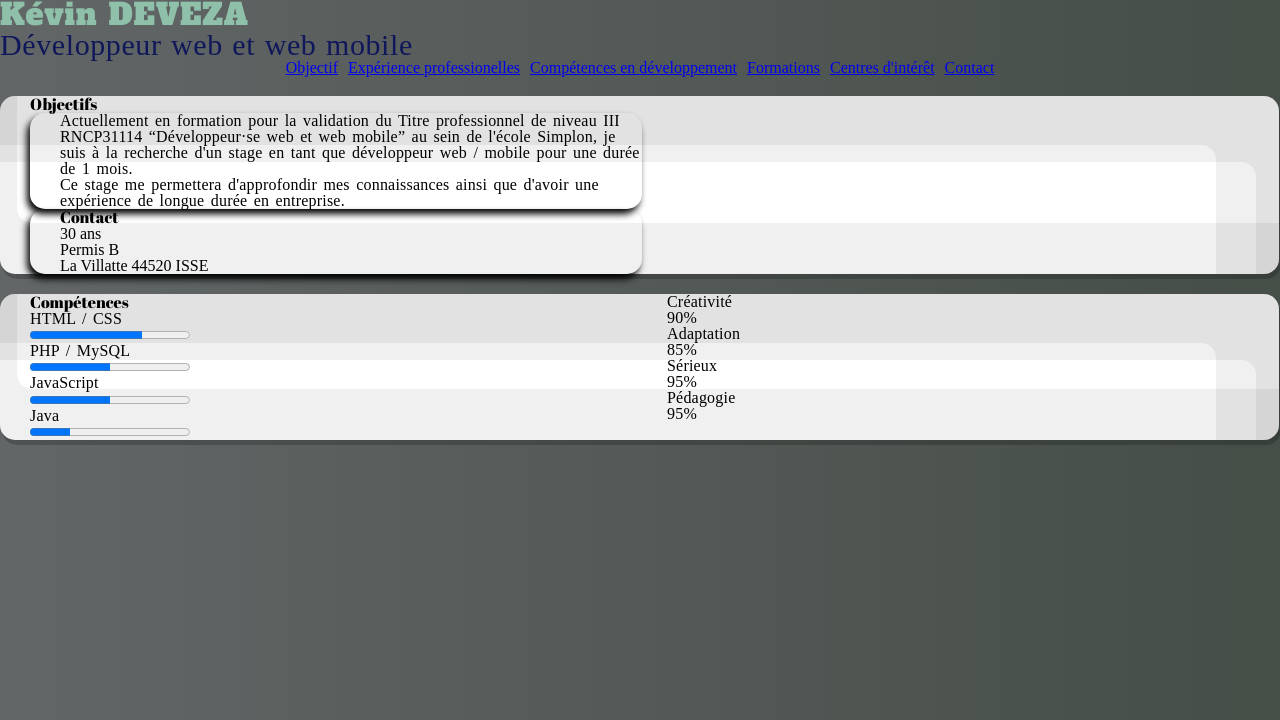
Repository: KevinDvZ/kevindvz.github.io
Page: index.html
An editor plug-in stored every save of this project. The page is shown before and after the next save, followed by the edit.
The browser window is 1280 px wide. The pictures show the whole page.

Above is the page before, as saved 2020-10-28 07:10:29.

After the next save:
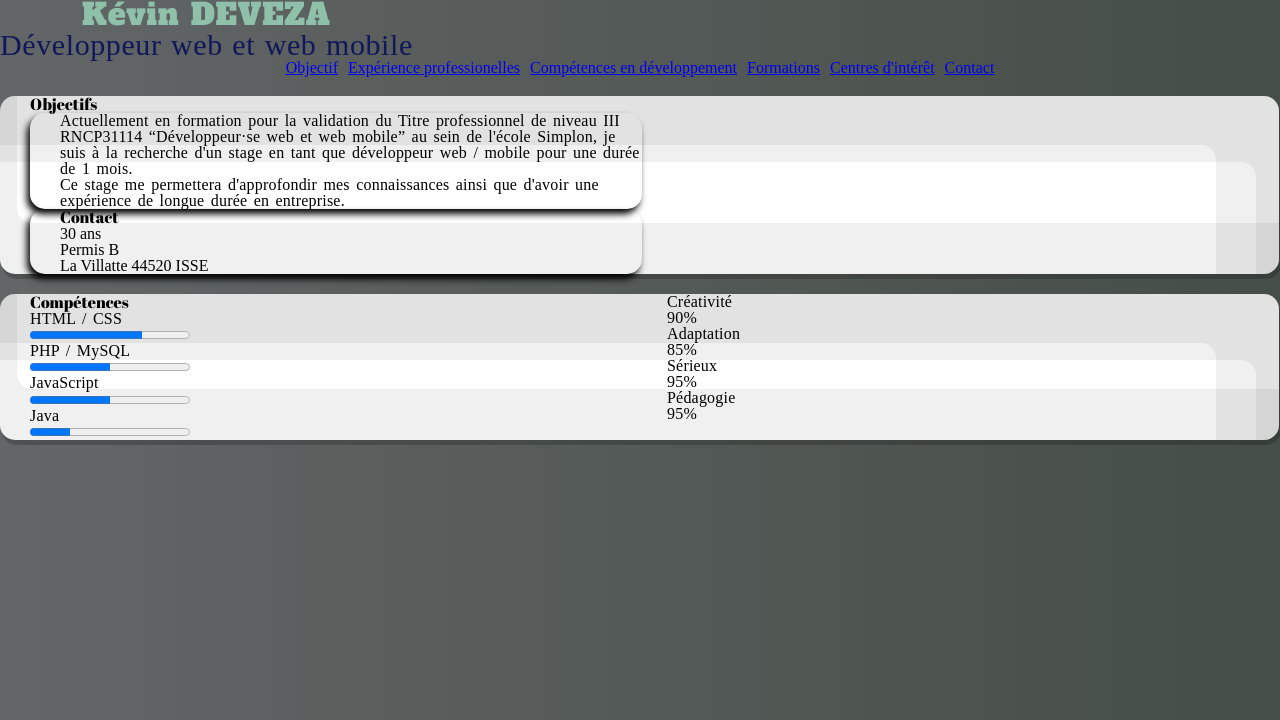
Saved 8 min 19 s later.
--- a/css/cv_deveza.css
+++ b/css/cv_deveza.css
@@ -5,6 +5,11 @@ header {
 #hcol2 {
   background: #696d7d;
   -moz-background-clip: -0.4;
+  text-align: center;
+}
+
+.text-center {
+  display: inline-block;
   text-align: center;
 }
 
